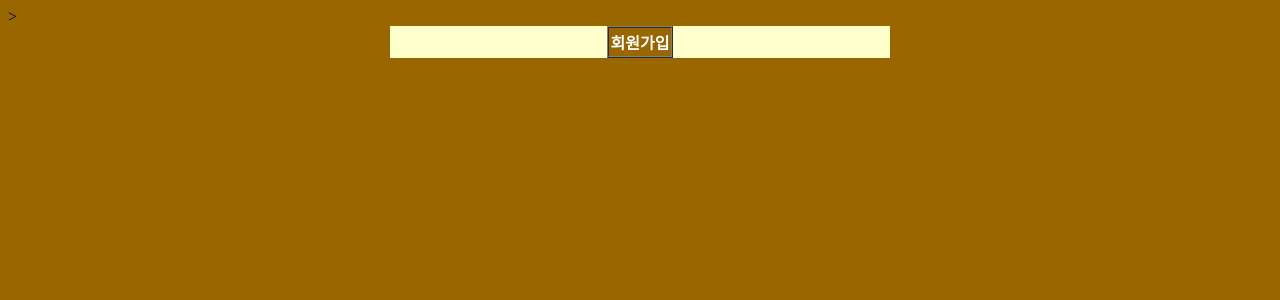
Repository: kimwoongasd/JSPAndServlet
Page: http://localhost/day1226/member.jsp
An editor plug-in stored every save of this project. The page is shown before and after the next save, followed by the edit.
The browser window is 1280 px wide. The pictures show the whole page.
The page is served by Tomcat 9.

Above is the page before, as saved 2023-12-26 00:31:17.

After the next save:
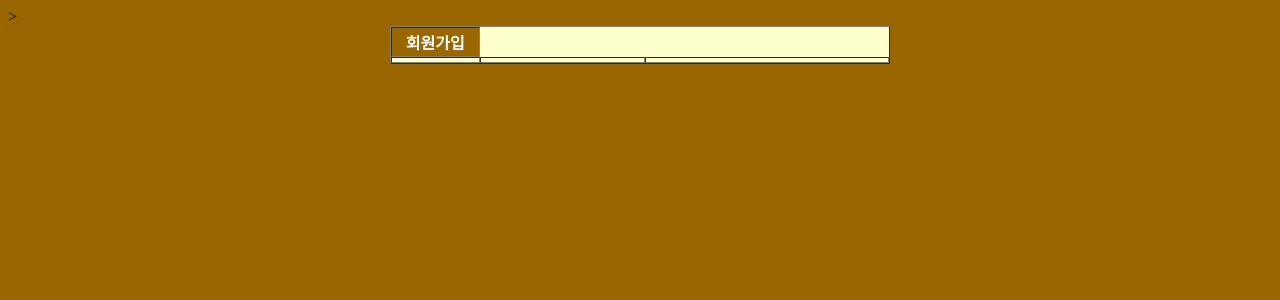
Saved 100 s later.
--- a/day1226/src/main/webapp/member.jsp
+++ b/day1226/src/main/webapp/member.jsp
@@ -17,6 +17,11 @@
 								<font color="#ffffff"><b>회원가입</b></font>
 							</td>
 						</tr>
+						<tr>
+							<td width="100"></td>
+							<td width="200"></td>
+							<td width="300"></td>
+						</tr>
 					</form>
 				</table>
 			</td>
